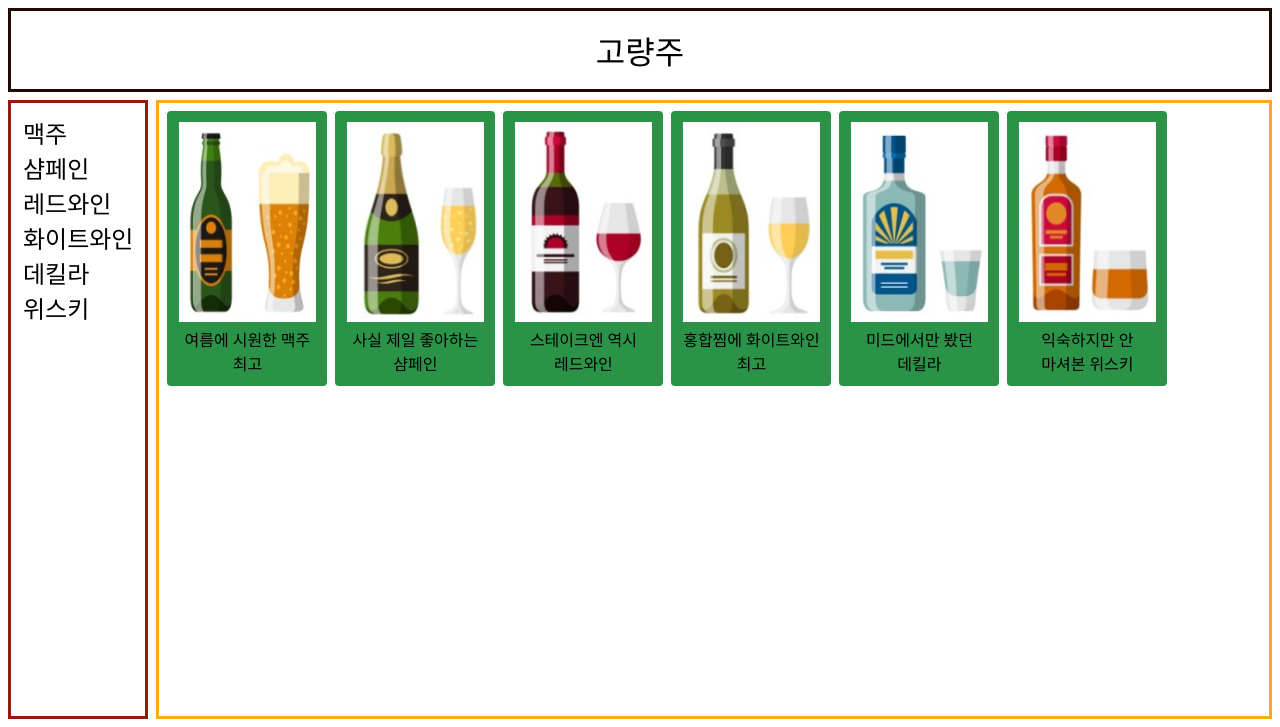
Repository: Jay-JYKim91/grj_2nd_week
Page: index.html
These files come from the project's save history. The page is drawn as it stood at one moment and after the next save; the edit follows.
The browser window is 1280 px wide. The pictures show the whole page.
Some web fonts or font styles are not loaded; a fallback is used.

Above is the page before, as saved 2022-05-03 15:09:36.

After the next save:
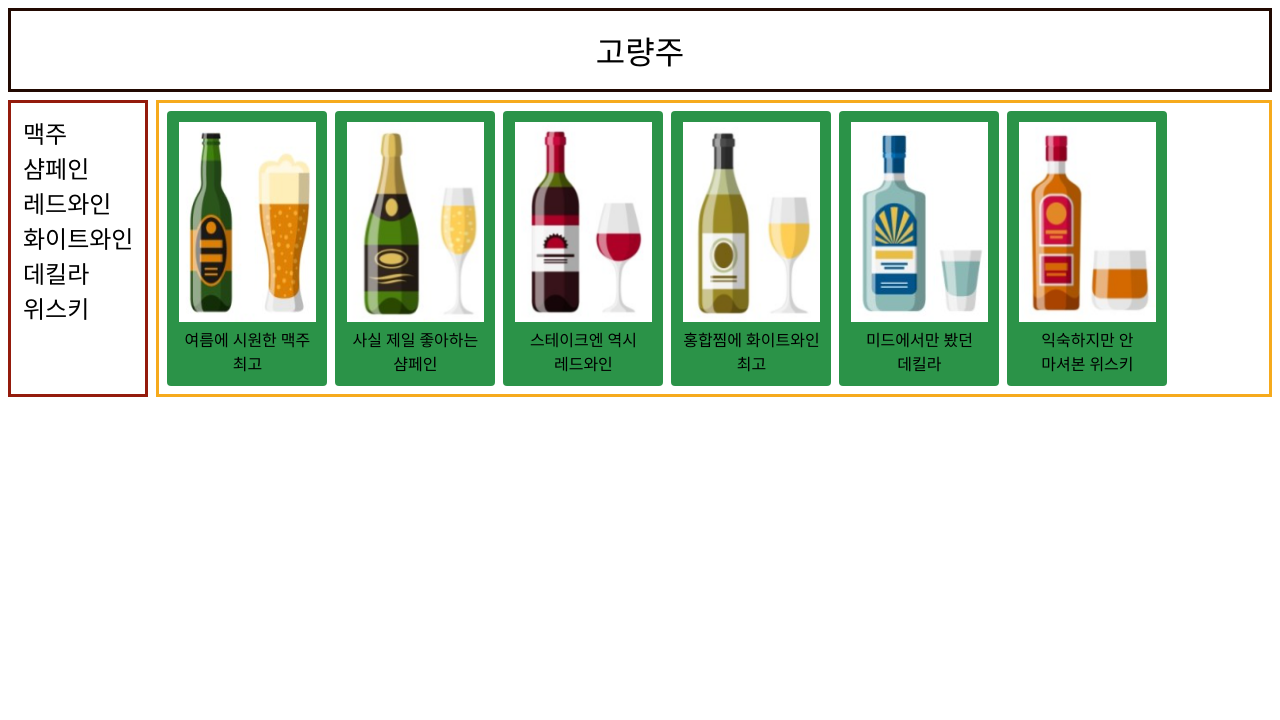
Saved 99 s later.
--- a/styles.css
+++ b/styles.css
@@ -34,8 +34,8 @@ aside {
   padding: 0.5em;
   gap: 0.5em;
   overflow-y: scroll;
-  height: 86vh;
   width: 100%;
+  max-height: 86vh;
 }
 
 .card {
